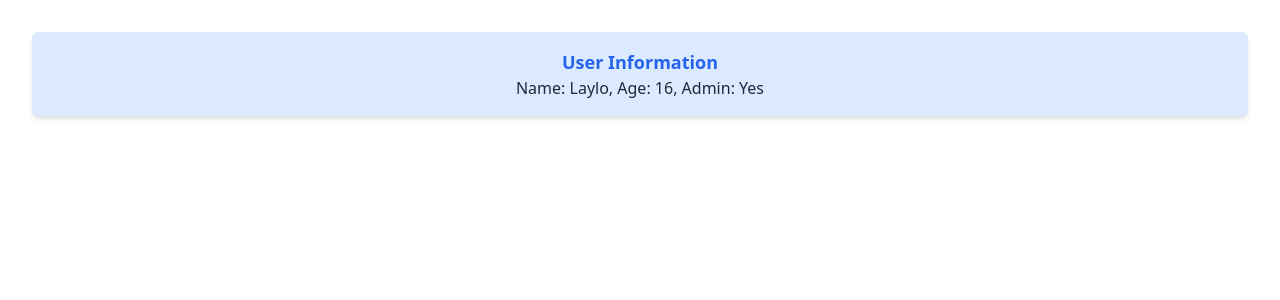
Repository: SitoraRashidova/hw034
Page: /
The author's editor kept a copy of each file at every save. The page is drawn from the files as they stood at one save, then again after the next save.
The browser window is 1280 px wide. The pictures show the whole page.
The project was rebuilt for these pictures with package versions that can differ from the ones it lists, and the page was loaded fresh each time. Also part of the build but not shown: vite.config.js.

Above is the page before, as saved 2024-12-26 11:05:05.

### src/App.jsx
import "./App.css";
import FormatUser from "./components/formatUser";

function App() {
  return (
    <>
      <FormatUser />
    </>
  );
}

export default App;

### src/components/formatUser.jsx
import React from "react";

const FormatUser = () => {
  const user = { name: "Laylo", age:16 , isAdmin: true };

  const formatUser = (user) => {
    return `Name: ${user.name}, Age: ${user.age}, Admin: ${
      user.isAdmin ? "Yes" : "No"
    }`;
  };

  return (
    <div className="p-4 bg-blue-100 rounded-md shadow-md">
      <h2 className="text-lg font-semibold text-blue-600">User Information</h2>
      <p className="text-gray-800">{formatUser(user)}</p>
    </div>
  );
};

export default FormatUser;

### src/components/reverseArray.jsx
import React from "react";

const ReverseArray = () => {
  const reverseArray = (arr) => [...arr].reverse();

  const array = [1, 2, 3];
  return (
    <div className="p-4 bg-green-100 rounded-md shadow-md">
      <h2 className="text-lg font-semibold text-green-600">Reversed Array</h2>
      <p className="text-gray-800">Original: {JSON.stringify(array)}</p>
      <p className="text-gray-800">
        Reversed: {JSON.stringify(reverseArray(array))}
      </p>
    </div>
  );
};

export default ReverseArray;

Loaded but not shown: index.html (common file); src/main.jsx (common file); src/index.css (common file); src/App.css (common file); tailwind.config.js (common file)

After the next save:
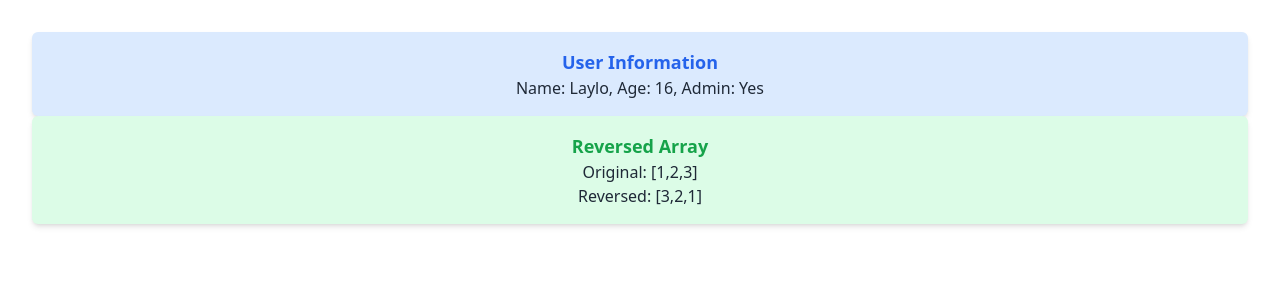
Saved 8 s later.
--- a/src/App.jsx
+++ b/src/App.jsx
@@ -1,10 +1,12 @@
 import "./App.css";
 import FormatUser from "./components/formatUser";
+import ReverseArray from "./components/reverseArray";
 
 function App() {
   return (
     <>
       <FormatUser />
+      <ReverseArray />
     </>
   );
 }
